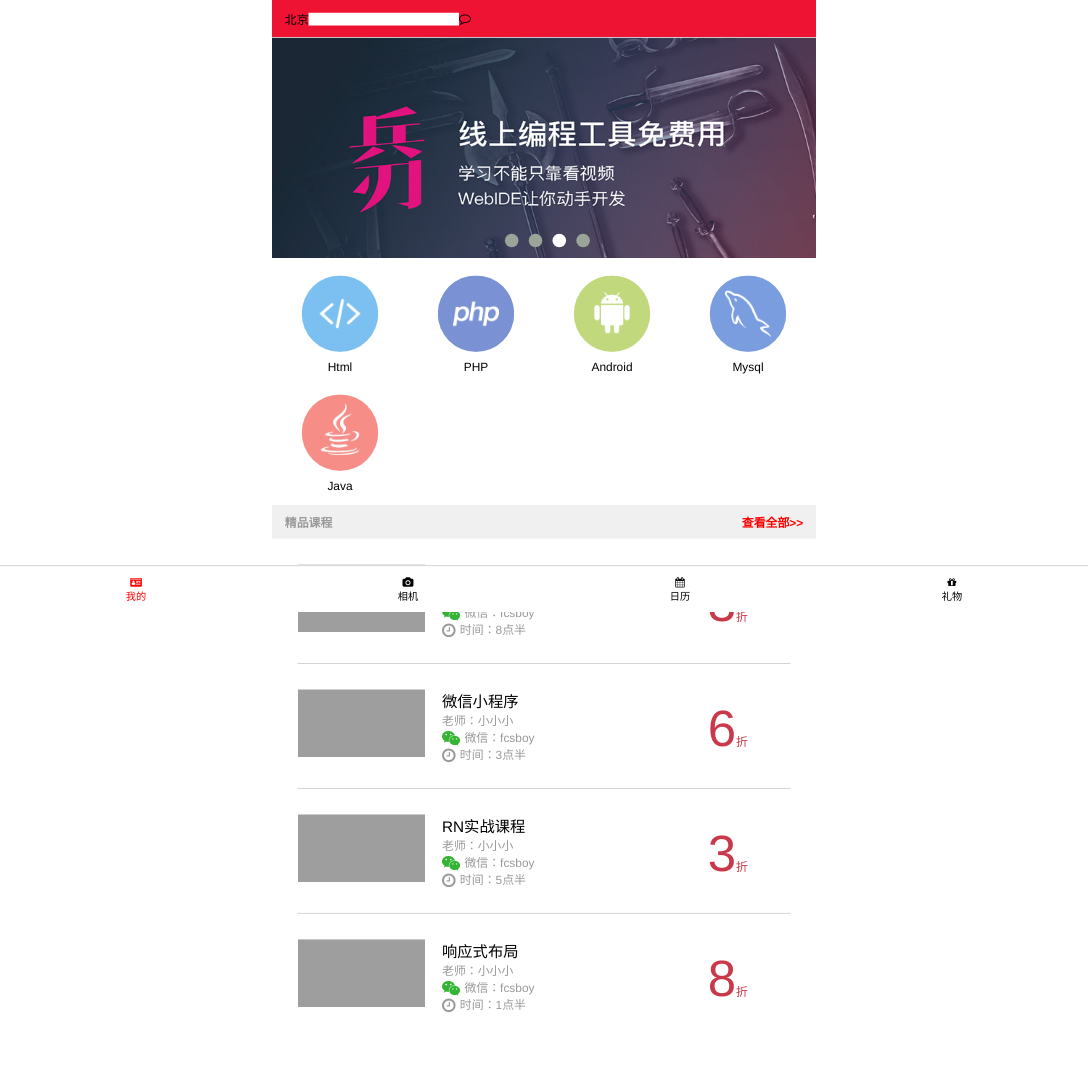
Repository: zhenzhen-gong/flextContent
Page: index.html
The author's editor kept a copy of each file at every save. The page is drawn from the files as they stood at one save, then again after the next save.
The browser window is 1280 px wide. The pictures show the whole page, at 85% of full size.
Pictures or frames that could not be fetched are drawn as grey boxes.

Above is the page before, as saved 2020-06-19 11:26:15.

After the next save:
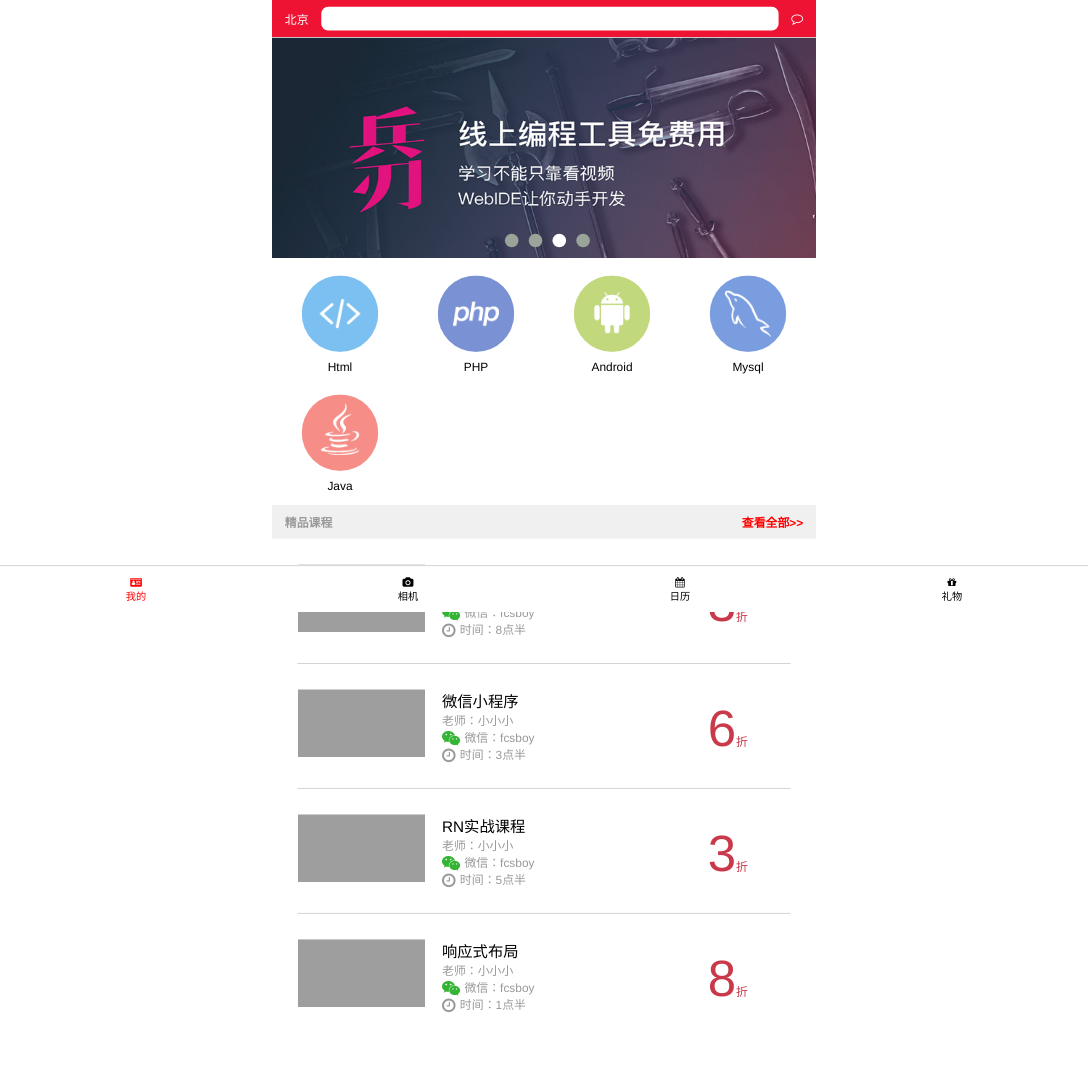
Saved 104 s later.
--- a/css/style.css
+++ b/css/style.css
@@ -32,18 +32,18 @@
    display: flex;
    align-items: center;
 }
-.Tbox>header>a.left-address{
+.fixed>header>a.left-address{
     margin-right: 15px;
     color: #ffffff;
 }
-.Tbox>header>input.middle-form{
+.fixed>header>input.middle-form{
    flex: 1;
    box-sizing: border-box;
    height: 28px;
    border-radius: 8px;
    border: none;
 }
-.Tbox>header>a.right-message{
+.fixed>header>a.right-message{
     margin-left: 15px;
     color: #ffffff;
 }
